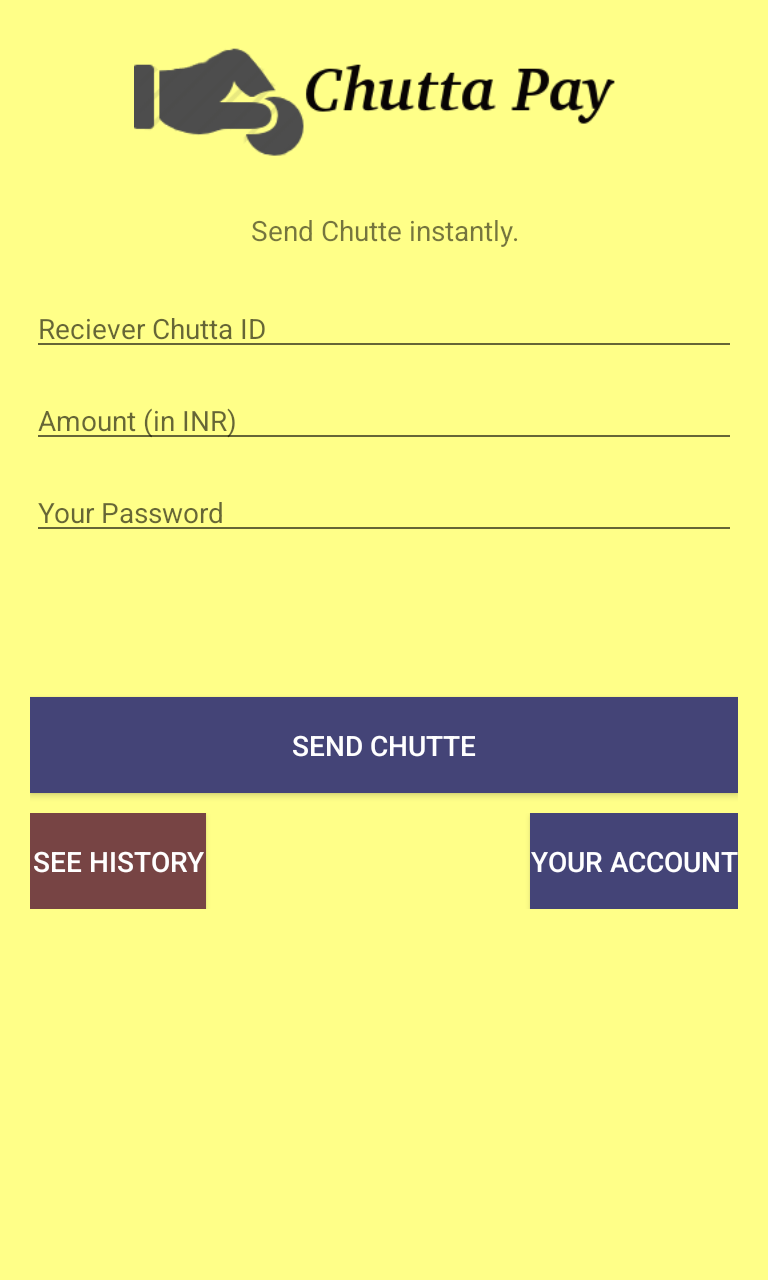
Repository: pankajksharma/chutta-pay
Layout: ChuttaPay/res/layout/payment.xml
These files come from the project's save history. The layout is drawn as it stood at one moment and after the next save; the edit follows.
It is drawn on a 768 x 1280 px phone screen (xhdpi) without system bars, with theme AppTheme; the app's code is not run. The app's manifest (not shown) leaves right-to-left support off. So textAlignment, textDirection and layoutDirection are ignored, and left and right values win over start and end ones.

Above is the layout before, as saved 2014-04-26 16:02:21.

### ChuttaPay/res/layout/payment.xml
<?xml version="1.0" encoding="utf-8"?>
<RelativeLayout xmlns:android="http://schemas.android.com/apk/res/android"
    android:layout_width="match_parent"
    android:layout_height="match_parent"
    android:background="#ffff88"
    android:paddingLeft="15dp"
    android:paddingRight="15dp" >

    <ImageView
        android:id="@+id/imageView1"
        android:layout_width="wrap_content"
        android:layout_height="wrap_content"
        android:layout_marginTop="5dp"
        android:layout_centerHorizontal="true"
        android:src="@drawable/logo" />

    <LinearLayout
        android:id="@+id/ll"
        android:layout_width="match_parent"
        android:layout_height="wrap_content"
        android:layout_below="@id/imageView1"
        android:layout_centerHorizontal="true"
        android:layout_marginTop="15dp"
        android:orientation="vertical" >

        <TextView
            android:layout_width="match_parent"
            android:layout_height="wrap_content"
            android:gravity="center_horizontal"
            android:layout_marginBottom="20dp"
            android:text="Send Chutte instantly." />


        <EditText
            android:id="@+id/edt_user_id"
            android:layout_width="match_parent"
            android:layout_height="wrap_content"
            android:layout_marginBottom="10dp"
            android:hint="Reciever Chutta ID"
            android:inputType="number"
            android:lines="1"
            android:textSize="14sp" />

        <EditText
            android:id="@+id/edt_amount"
            android:layout_width="match_parent"
            android:layout_height="wrap_content"
            android:layout_marginBottom="10dp"
            android:hint="Amount (in INR)"
            android:inputType="number"
            android:lines="1"
            android:textSize="14sp" />

         <EditText
            android:id="@+id/edt_password"
            android:layout_width="match_parent"
            android:layout_height="wrap_content"
            android:layout_marginBottom="10dp"
            android:hint="Your Password"
            android:inputType="textPassword"
            android:lines="1"
            android:textSize="14sp" />


    </LinearLayout>

    <Button
        android:id="@+id/btn_submit"
        android:layout_width="match_parent"
        android:layout_height="wrap_content"
        android:layout_below="@+id/ll"
        android:layout_marginTop="66dp"
        android:background="#444477"
        android:text="Send Chutte"
        android:textAlignment="center"
        android:textColor="#ffffff" />

    <RelativeLayout
        android:id="@+id/ll2"
        android:layout_width="match_parent"
        android:layout_height="wrap_content"
        android:layout_below="@+id/btn_submit"
        android:layout_marginTop="10dp" >

         <Button
	        android:id="@+id/btn_transactions"
	        android:layout_width="wrap_content"
	        android:layout_height="wrap_content"
	        android:layout_alignParentLeft="true"
	        android:background="#774444"
	        android:text="See History"
	        android:textColor="#ffffff" />

          <Button
	        android:id="@+id/btn_account"
	        android:layout_width="wrap_content"
	        android:layout_height="wrap_content"
	        android:layout_alignParentRight="true"
	        android:background="#444477"
	        android:text="Your Account"
	        android:textColor="#ffffff" />

    </RelativeLayout>
</RelativeLayout>

Loaded but not shown: ChuttaPay/res/values/styles.xml (common file); ChuttaPay/res/values-v11/styles.xml (common file); ChuttaPay/res/values-v14/styles.xml (common file)

After the next save:
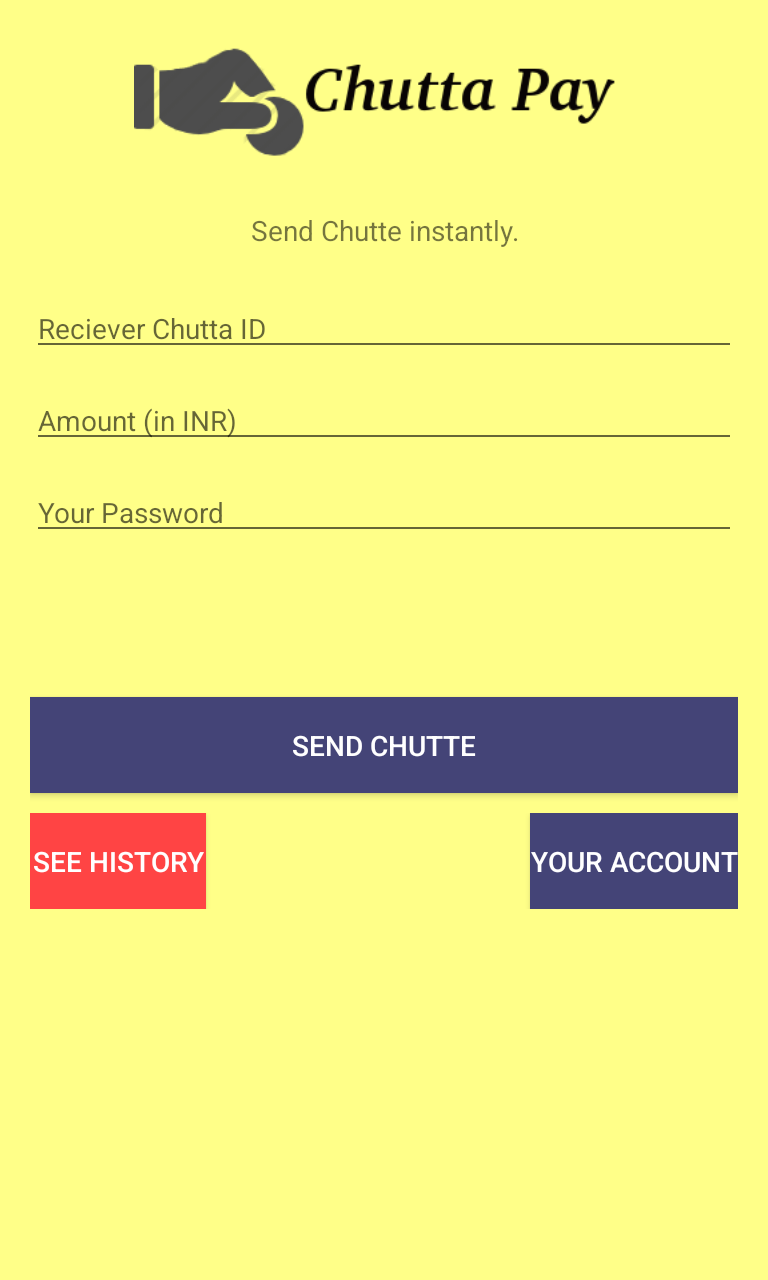
Saved 13 s later.
--- a/ChuttaPay/res/layout/payment.xml
+++ b/ChuttaPay/res/layout/payment.xml
@@ -87,7 +87,7 @@
 	        android:layout_width="wrap_content"
 	        android:layout_height="wrap_content"
 	        android:layout_alignParentLeft="true"
-	        android:background="#774444"
+	        android:background="#ff4444"
 	        android:text="See History"
 	        android:textColor="#ffffff" />
 
